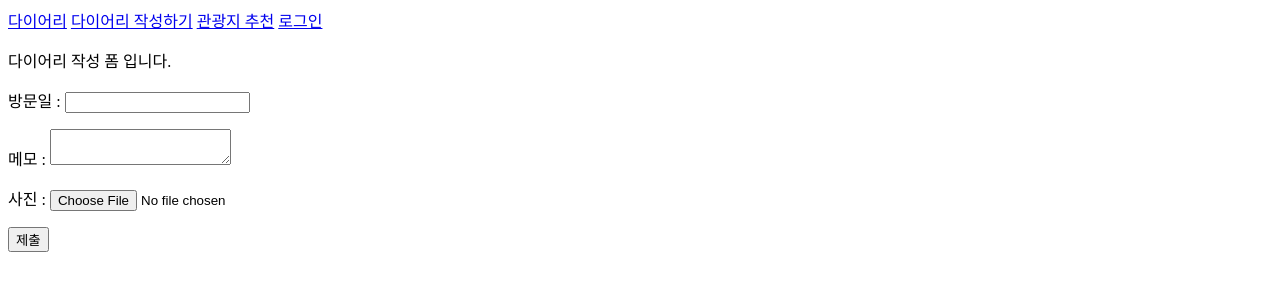
Repository: ezooo/testpj
Page: http://localhost/howwwAbout/WEB-INF/views/addRecommendation.jsp
The author's editor kept a copy of each file at every save. The page is drawn from the files as they stood at one save, then again after the next save.
The browser window is 1280 px wide. The pictures show the whole page.
The page is served by Tomcat 9. Nobody is signed in. The template is opened directly, without the code that normally fills it, so the values that code supplies are empty.

Above is the page before, as saved 2024-12-04 04:06:55.

After the next save:
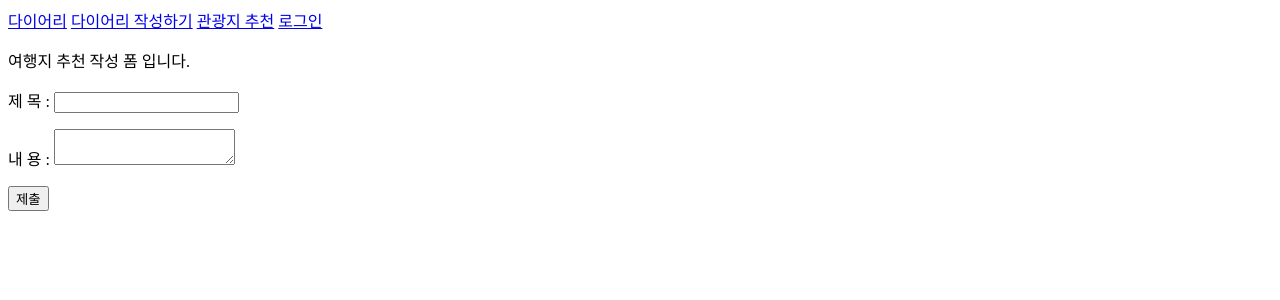
Saved 62 min 40 s later.
--- a/howwwAbout/src/main/webapp/WEB-INF/views/addRecommendation.jsp
+++ b/howwwAbout/src/main/webapp/WEB-INF/views/addRecommendation.jsp
@@ -6,17 +6,16 @@
 <html>
 <head>
 <meta charset="UTF-8">
-<title>다이어리 작성 폼</title>
+<title>여행지 추천 작성 폼</title>
 </head>
 <body>
 <%@ include file="main.jsp" %>
 <br>
-<p>다이어리 작성 폼 입니다.<p>
+<p>여행지 추천 작성 폼 입니다.<p>
 
-<form:form modelAttribute="diary" method="post" enctype="multipart/form-data">
-	<p>방문일 : <form:input path="visit_date" name="visit_date"/> </p>
-	<p>메모 : <form:textarea path="visit_diary" name="visit_diary"/> </p>
-	<p>사진 : <form:input path="picture"  type="file" name="picture"/> </p>
+<form:form modelAttribute="Recommendation" method="post">
+	<p>제 목 : <form:input path="recommendTitle" name="recommendTitle"/> </p>
+	<p>내 용 : <form:textarea path="recommendContent" name="recommendContent"/> </p>
 	<p><input type="submit" value="제출"> </p>
 </form:form>
 
